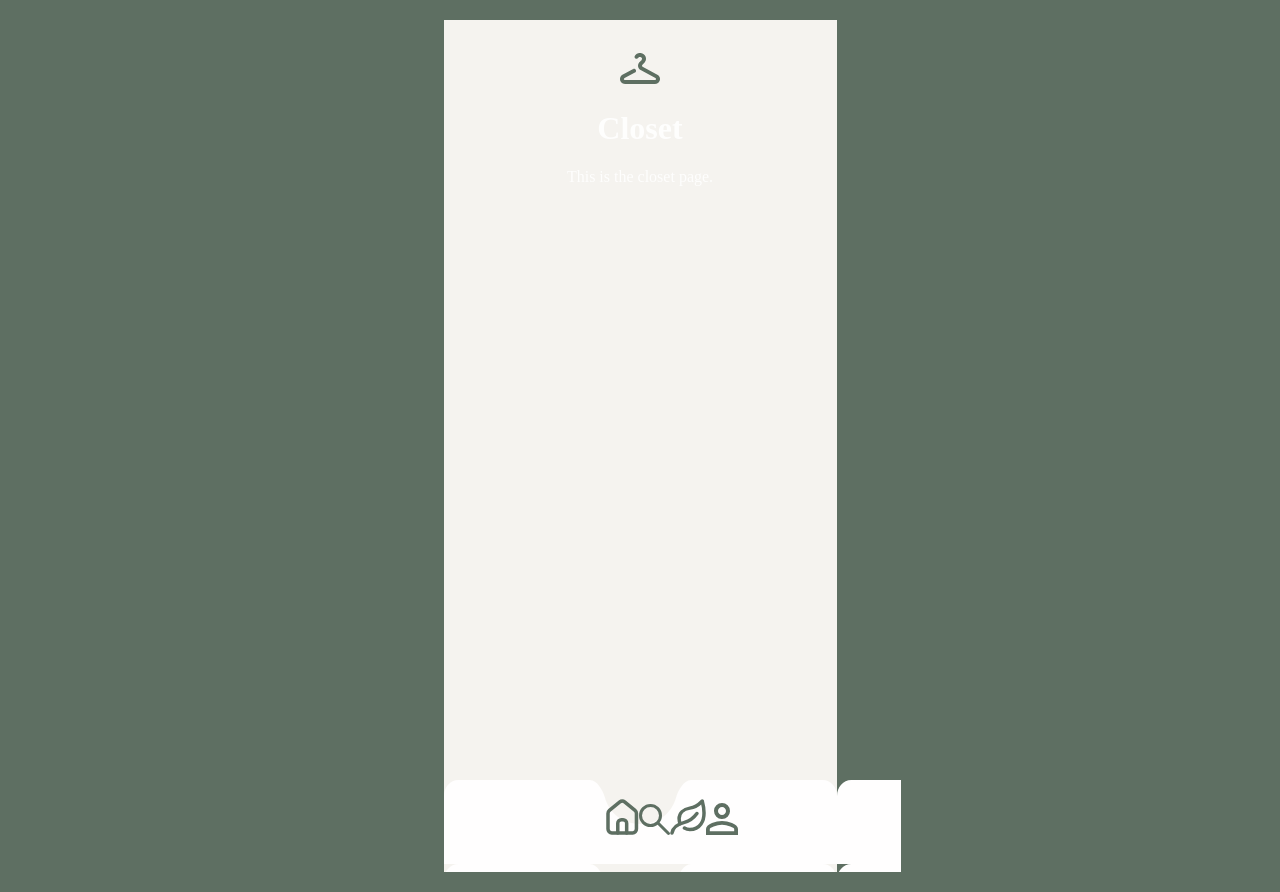
Repository: Strawb3rryjam/app-slotion
Page: /closet
The author's editor kept a copy of each file at every save. The page is drawn from the files as they stood at one save, then again after a run of saves.
The browser window is 1280 px wide. The pictures show the whole page.
The project was rebuilt for these pictures with package versions that can differ from the ones it lists, and the page was loaded fresh each time. Also part of the build but not shown: vite.config.js. Imported but missing from the stored project, and not drawn on this page: src/pages/Home.

Above is the page before, as saved 2025-05-09 02:20:39.

### src/main.jsx
import { StrictMode } from 'react'
import { createRoot } from 'react-dom/client'
import './index.css'

import { BrowserRouter } from 'react-router-dom'
import App from './App.jsx'

createRoot(document.getElementById('root')).render(
  <StrictMode>
    <BrowserRouter>
      <App />
    </BrowserRouter>
  </StrictMode>
)

### src/index.css
:root {
  color: rgba(255, 255, 255, 0.87);
}

body {
  width: 393px;
  min-height: 852px;
  margin: 0 auto;
  margin-top: 20px;
  margin-bottom: 20px;

  background-color: #F5F3EF;
  position: relative;

}

html {
  background-color: #5E6F62;
}

### src/App.jsx
import './App.css'
import Home from './pages/Home'
import Closet from './pages/Closet'
import {Routes, Route} from 'react-router-dom'
import FinalNav from './components/finalNav.jsx'


function App() {
  return (
    <div>
      <FinalNav />
      <main className = "main-content">
        <Routes>
          <Route path = "/" element = {<Home />} />
          <Route path = "/closet" element = {<Closet />} />

        </Routes>
      </main>
    </div>

  )
}

export default App

### src/pages/Closet.jsx

function Closet() {
  return (
    <div>
      <h1>Closet</h1>
      <p>This is the closet page.</p>
    </div>
  );
}

export default Closet;

### src/components/finalNav.jsx
import NavBar from "../components/NavBar.jsx";
import ClosetButton from "../components/closetPageButton.jsx";


export default function FinalNav() {
    return (
        <div className="nav-container">
            <NavBar />
            <ClosetButton />
        </div>
    );
}

### src/components/NavBar.jsx
import { Link } from "react-router-dom";
import styles from "../css/NavBar.module.css";  // Use this to import styles

/*images*/
import navBase from "../assets/NavBar.svg";
import homeIcon from "../assets/Home.svg";
import searchIcon from "../assets/search.svg";
import closetIcon from "../assets/Hanger.svg";
import tipsIcon from "../assets/leaf.svg";
import profileIcon from "../assets/Profile.svg";

/*component*/
import ClosetButton from "../components/closetPageButton";


function NavBar() {
    return (
        <nav className={styles.navbar}> {/* Use styles.navbar for CSS modules */}
            <div className={styles["navbar-links"]}> {/* Use styles for other classes */}
                <Link to="/" className={styles.Home}>
                    <img src={homeIcon} alt="Home" className={styles["nav-icon"]} />
                </Link>
                <Link to="/Search" className={styles.Search}>
                    <img src={searchIcon} alt="Search" className={styles["nav-icon"]} />
                </Link>



                <Link to="/Tips" className={styles.Tips}>
                    <img src={tipsIcon} alt="Tips" className={styles["nav-icon"]} />
                </Link>
                <Link to="/Profile" className={styles.Profile}>
                    <img src={profileIcon} alt="Profile" className={styles["nav-icon"]} />
                </Link>


            </div>
        </nav>
    );
}

export default NavBar;

### src/components/closetPageButton.jsx
import { useState } from "react";
import { Link } from "react-router-dom";
import styles from "../css/closetPageButton.module.css"; // ✅ Make sure file name matches

// Import icons
import closetNotActive from "../assets/Hanger.svg";
import closetActive from "../assets/HangerActive.svg";



export default function ClosetButton() {
    const [isActive, setIsActive] = useState(false);

    const handleClick = () => {
        setIsActive(!isActive);
    };

    return (
        <div className={styles.closetWrapper}>
            {isActive && (
                <div className={styles.dropdown}>
                    <Link to="/CreatePost" className={styles.dropdownOption1}>Create Post</Link>
                    <Link to="/Closet" className={styles.dropdownOption2}>View Closet</Link>
                </div>
            )}
            <button onClick={handleClick} className={styles.Closet}>
                <img
                    src={isActive ? closetActive : closetNotActive}
                    alt="Closet"
                    className={styles["nav-icon"]}
                />
            </button>
        </div>
    );
}

### src/css/NavBar.module.css
.navbar {
    padding-top: 19px ;
    padding-bottom: 33px;
    padding-left: 32px;
    padding-right: 32px;


    position: absolute;
    bottom: 0;
    left: 0;
    display: flex;
    justify-content: center;  /* Align the navbar content centrally */
    background-image: url(../assets/NavBar.svg);
    width: 393px;
    size: 100%;

  }




  /*icons*/
  .Home {
    width: 28.444px;
    height: 32px;
  }

  .Search{
    width: 31px;
    height: 31px;
  }

  .Tips{
    width: 32px;
    height: 32px;
  }

.Profile{
  width: 32px;
  height: 32px;
}

### src/css/closetPageButton.module.css
.closetWrapper {
    position: relative;
    display: inline-block;
}

.dropdown {
    top: -110px; /* adjust as needed */
    border-radius: 8px;
    padding: 0.5rem;
    display: flex;
    flex-direction: column;
    align-items: center;

    gap: 0.5rem;
    z-index: 10;

    position: absolute;
    bottom: 100%;
    left: 50%;
    transform: translateX(-50%);

}

.dropdownOption1,
.dropdownOption2 {
    color: white;
    text-decoration: none; /* removes underline */
    padding: 0.5rem 1rem;
    border-radius: 4px;
    font-weight: bold;
    text-align: center;
    background-color: transparent;
    transition: background-color 0.2s;
    align-self: center;

    width: 361px;
    height: 59px;
    background-color: #4CAF50; /* green background */


}

.dropdownOption1:hover,
.dropdownOption2:hover {
    background-color: rgba(255, 255, 255, 0.2); /* subtle hover effect */
}

.Closet {
    background: none;
    border: none;
    cursor: pointer;
}

.nav-icon {
    width: 40px;
    height: auto;
}

Loaded but not shown: index.html (common file); src/App.css (common file)

After the next 3 saves:
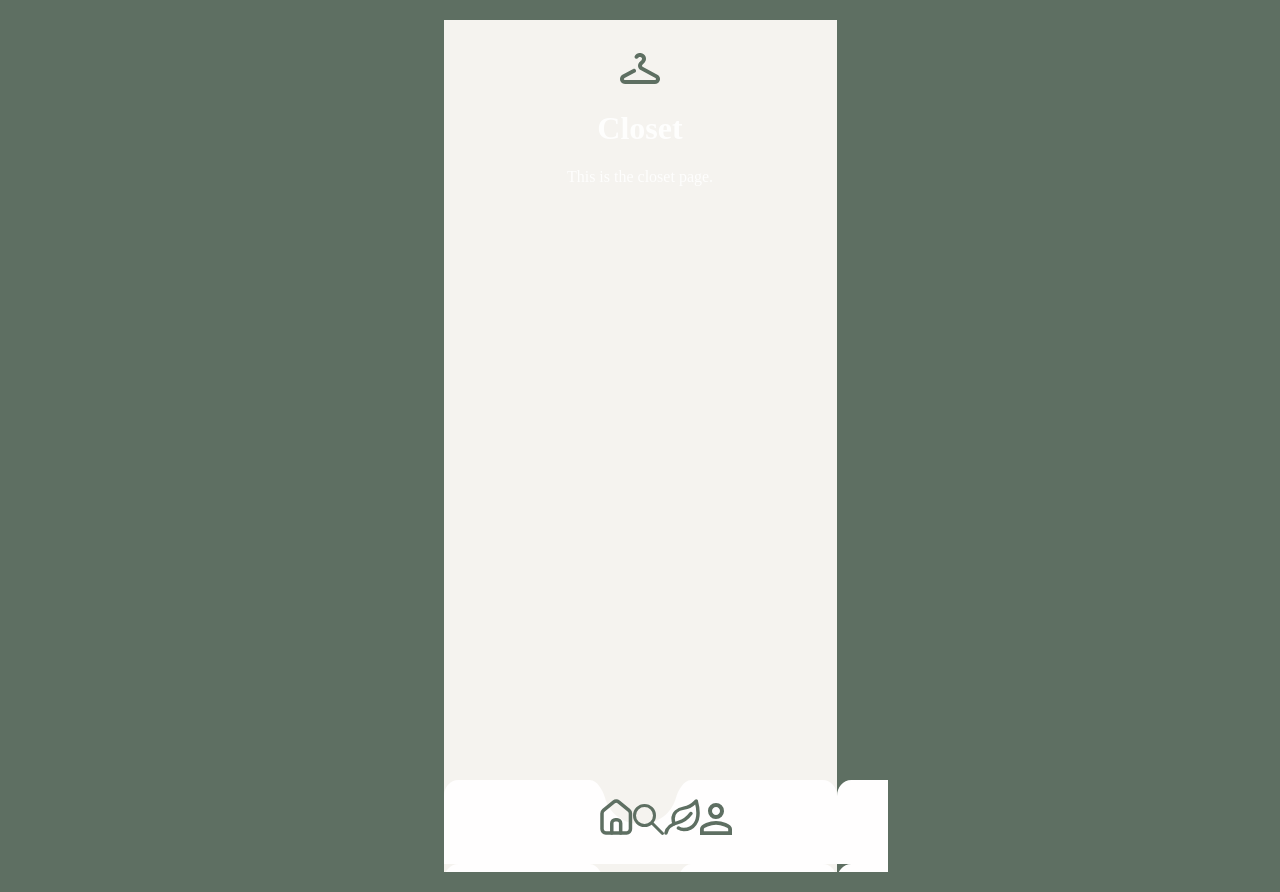
The 3 saves are shown as one change because they came seconds apart.
The last was saved 17 s later.
--- a/src/css/NavBar.module.css
+++ b/src/css/NavBar.module.css
@@ -11,8 +11,7 @@
     display: flex;
     justify-content: center;  /* Align the navbar content centrally */
     background-image: url(../assets/NavBar.svg);
-    width: 393px;
-    size: 100%;
+    width: 380px;
 
   }
 
